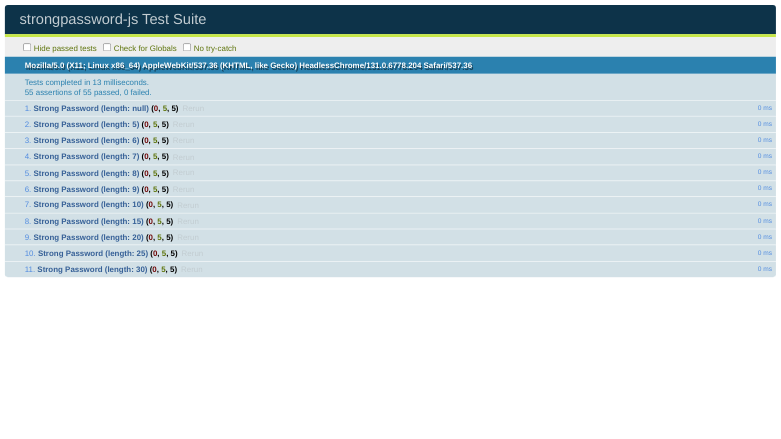
Repository: jongha/strongpassword-js
Page: test/strongpassword.html
The author's editor kept a record of every edit. The page is drawn from the files as they stood at one moment, then again after the next edit.
The browser window is 1280 px wide. The pictures show the whole page, at 61% of full size.

Above is the page before.

After the next edit:
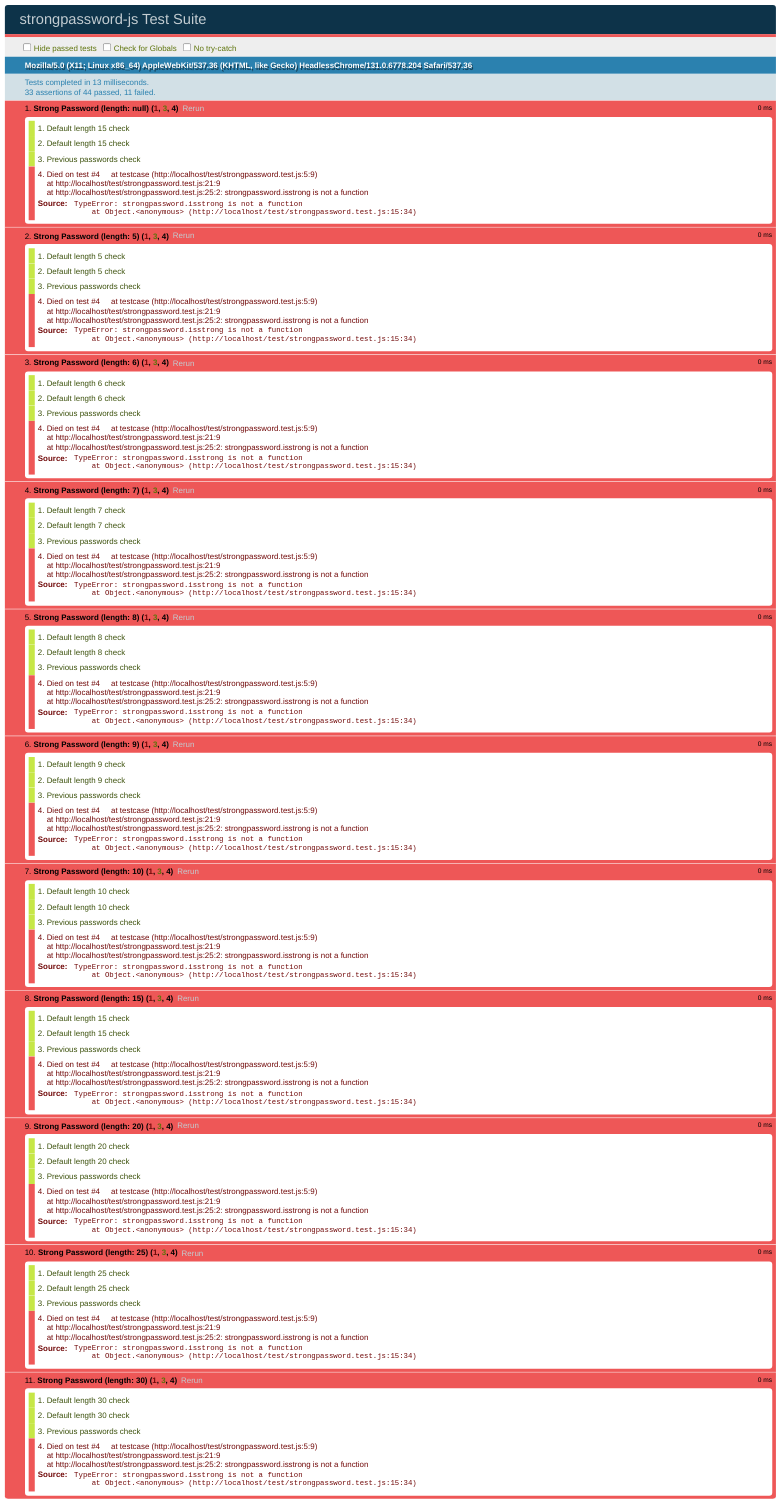
The edit:
--- a/test/strongpassword.test.js
+++ b/test/strongpassword.test.js
@@ -12,8 +12,8 @@
             equal(password2.length, size, "Default length " + size + " check");
             notEqual(password1, password2, "Previous passwords check");
 
-            equal(strongpassword.issafe(password1), true, "Password validation check");
-            equal(strongpassword.issafe(password2), true, "Password validation check");
+            equal(strongpassword.isstrong(password1, size), true, "Password validation check");
+            equal(strongpassword.isstrong(password2, size), true, "Password validation check");
         });
     };
 
